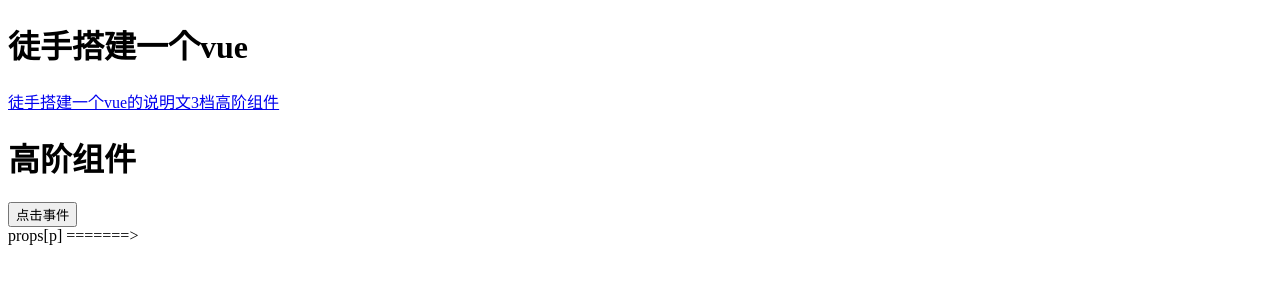
Repository: yuWhy/vue-build-cli
Page: /#/hightOrderComponents
An editor plug-in stored every save of this project. The page is shown before and after the next save, followed by the edit.
The browser window is 1280 px wide. The pictures show the whole page.
The project was rebuilt for these pictures with package versions that can differ from the ones it lists, and the page was loaded fresh each time. Also part of the build but not shown: webpack.config.js, src/router/index.js.

Above is the page before, as saved 2021-02-22 09:33:47.

### index.html
<!DOCTYPE html>
<html lang="en">

<head>
  <meta charset="utf-8">
  <meta http-equiv="X-UA-Compatible" content="IE=edge">
  <meta name="viewport" content="width=device-width,initial-scale=1.0">
</head>

<body>
  <div id="app"></div>
</body>

</html>

### src/main.js
import Vue from 'vue'
import App from "./App.vue"
import router from './router/index.js'

new Vue({
  el: '#app',
  router,
  render: h => h(App)
})

### src/App.vue
<template>
  <div id="app">
    <h1>{{msg}}</h1>
    <router-link to="vueBuild">徒手搭建一个vue的说明文3档</router-link>
    <router-link to="hightOrderComponents">高阶组件</router-link>
    <router-view></router-view>
  </div>
</template>

<script>
export default {
  name: 'App',
  data() {
    return {
      msg: '徒手搭建一个vue'
    }
  }
}
</script>

### src/pages/HightOrderComponents/index.vue
<template>
  <div>
    <h1>高阶组件</h1>
    <baseComp></baseComp>
  </div>
</template>

<script>
import baseComp from './components/baseComp.vue'
export default {
  name: 'hightOrderComponents',
  components: { baseComp },
}
</script>

### src/pages/HightOrderComponents/components/baseComp.vue
<template>
  <div>
    <button @click="$emit('handle-click')">点击事件</button><br>
    props[p] =======> {{p}} <br>
  </div>
</template>
<script>
export default {
  props: ['p'],
  components: {},
  data() {
    return {
      myProp: 'baseProp1'
    }
  },
  created() {},
  methods: {},
  mounted() {},
  computed: {}
}
</script>

After the next save:
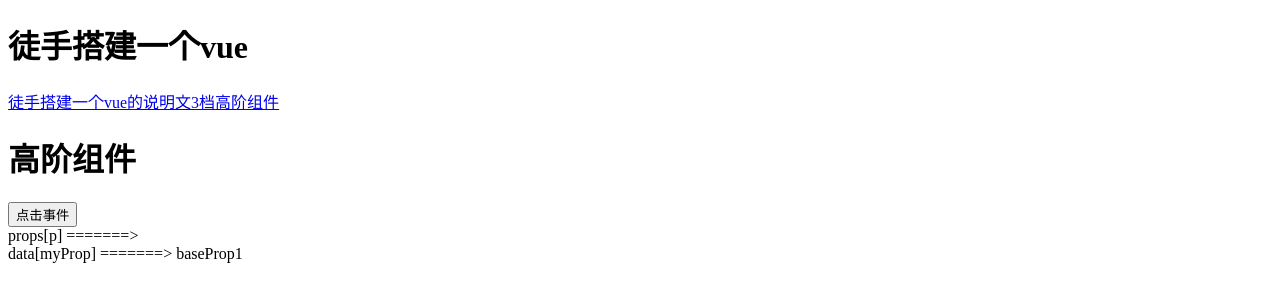
Saved 26 s later.
--- a/src/pages/HightOrderComponents/components/baseComp.vue
+++ b/src/pages/HightOrderComponents/components/baseComp.vue
@@ -2,6 +2,9 @@
   <div>
     <button @click="$emit('handle-click')">点击事件</button><br>
     props[p] =======> {{p}} <br>
+    data[myProp] =======> {{myProp}}<br><br>
+    <slot /><br>
+    <slot name="sname" />
   </div>
 </template>
 <script>
